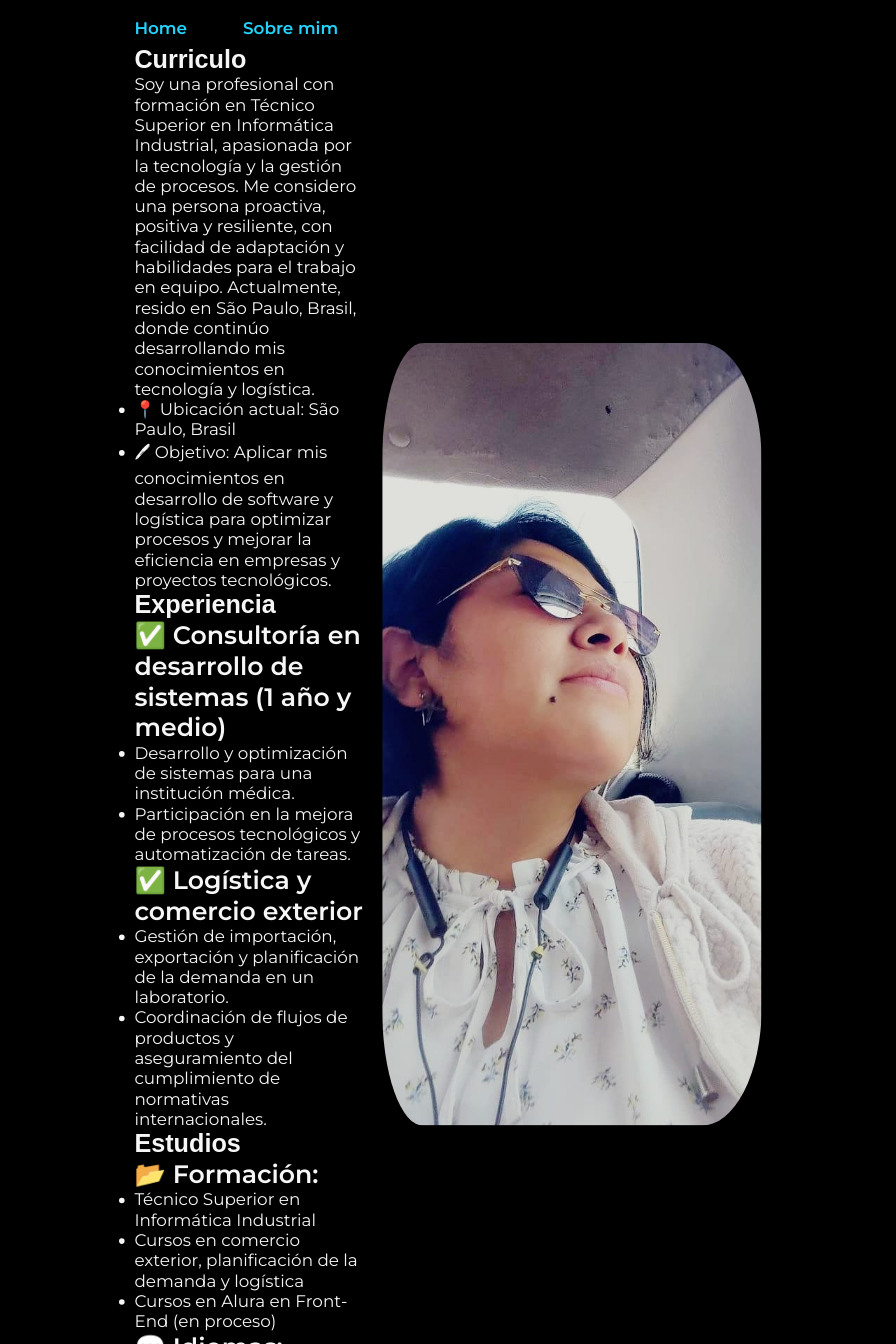
Repository: AnaFzCz/Portifolio-HTML-CSS-dinamico
Page: about.html
The author's editor kept a copy of each file at every save. The page is drawn from the files as they stood at one save, then again after the next save.
The browser window is 1280 px wide. The pictures show the part of the page from y = 0 to 1920 px (the page is 2174 px tall before and 2668 px after), at 70% of full size.
Some web fonts or font styles are not loaded; a fallback is used.

Above is the page before, as saved 2025-02-10 10:58:31.

### about.html
<!DOCTYPE html>
<html lang="en">

<head>
    <meta charset="UTF-8">
    <meta http-equiv="X-UA-Compatible" content="IE=edge">
    <meta name="viewport" content="width=device-width, initial-scale=1.0">
    <title>Sobre mim</title>
    <link rel="stylesheet" href="./styles/style.css">
</head>

<body>
    <header class="cabecalho">
        <nav class="cabecalho__menu">
            <a class="cabecalho__menu__link" href="index.html">Home</a>
            <a class="cabecalho__menu__link" href="about.html">Sobre mim</a>
        </nav>
    </header>
    <main class="apresentacao">

        <section class="apresentacao__conteudo__texto">

            <h1 class="apresentacao__conteudo__titulo">Curriculo</h1>
            <p class="apresentacao__conteudo__texto">Soy una profesional con formación en Técnico Superior en
                Informática Industrial, apasionada por la tecnología y la gestión de procesos. Me considero una persona
                proactiva, positiva y resiliente, con facilidad de
                adaptación y habilidades para el trabajo en equipo. Actualmente, resido en São Paulo, Brasil, donde
                continúo desarrollando mis conocimientos en tecnología y logística.
            </p>

            <ul>
                <li> &#x1F4CD Ubicación actual: São Paulo, Brasil</li>
                <li> &#x1F58A Objetivo: Aplicar mis conocimientos en desarrollo de software y logística para optimizar
                    procesos y mejorar la eficiencia en empresas y proyectos tecnológicos.</li>
            </ul>


            <h1 class="apresentacao__conteudo__titulo">Experiencia</h1>


            <h2>&#x2705 Consultoría en desarrollo de sistemas (1 año y medio)</h2>
            <ul>
                <li>Desarrollo y optimización de sistemas para una institución médica.</li>
                <li> Participación en la mejora de procesos tecnológicos y automatización de tareas.</li>

            </ul>
            <h2>&#x2705 Logística y comercio exterior</h2>
            <ul>
                <li>Gestión de importación, exportación y planificación de la demanda en un laboratorio.</li>
                <li>Coordinación de flujos de productos y aseguramiento del cumplimiento de normativas internacionales.
                </li>
            </ul>

            <h1 class="apresentacao__conteudo__titulo">Estudios</h1>

            <h2> &#x1F4C2 Formación:</h2>
            <ul>
                <li>Técnico Superior en Informática Industrial</li>
                <li>Cursos en comercio exterior, planificación de la demanda y logística</li>
                <li>Cursos en Alura en Front-End (en proceso)</li>


            </ul>
            <h2>&#x1F4AC Idiomas:</h2>
            <ul>
                <li>Español (nativo)</li>
                <li>Portugués (nivel medio)</li>
                <li> Inglés (nivel medio)</li>
            </ul>
        </section>
        <img src="/assets/Imagen-Ana.jpg" alt="Foto da Ana">
    </main>
    <footer class="rodape">
        <p>
            Dessarrollado por Ana Fernandez.
        </p>
    </footer>
</body>

</html>

### styles/style.css
@import url('https://fonts.googleapis.com/css2?family=Krona+One&family=Montserrat:wght@400;600&display=swap');

* {
    margin: 0;
    padding: 0;
}

body {
    /* height: 100vh; */
    box-sizing: border-box;
    background-color: #000000;
    color: #F6F6F6;
}

.titulo-destaque {
    color: #22D4FD;
}

.cabecalho {
    background-color: #000000;
    padding: 2% 0% 0% 15%;
    position: fixed;

}

.cabecalho__menu {
    display: flex;
    gap: 80px;
    /* justify-content: center;
    align-items: center; */
}

.cabecalho__menu__link {
    font-size: 24px;
    font-family: 'Montserrat', sans-serif;
    color: #22D4FD;
    font-weight: 600;
    text-decoration: none;
}



/* .cabecalho__menu__link:hover {
    color: #007bff;
}



.cabecalho__menu__link {
    padding: 10px 15px;
} */

.apresentacao {
    padding: 5% 15%;
    display: flex;
    align-items: center;
    justify-content: space-between;
}

.apresentacao__conteudo {
    width: 615px;
    display: flex;
    flex-direction: column;
    gap: 40px;
}

.apresentacao__conteudo__titulo {
    font-size: 36px;
    font-family: 'Krona One', sans-serif;
}

.apresentacao__conteudo__texto {
    font-size: 24px;
    font-family: 'Montserrat', sans-serif;
}

.apresentacao__links {
    display: flex;
    flex-direction: column;
    justify-content: space-between;
    align-items: center;
    gap: 32px;
}

.apresentacao__links__subtitulo {
    font-family: 'Krona One', sans-serif;
    font-weight: 400;
    font-size: 24px;
}

.apresentacao__links__link {
    /* background-color: #22D4FD; */
    display: flex;
    justify-content: center;
    gap: 16px;
    border: 2px solid #22D4FD;
    width: 378px;
    text-align: center;
    border-radius: 8px;
    font-size: 24px;
    font-weight: 600;
    padding: 21.5px 0;
    text-decoration: none;
    color: #F6F6F6;
    font-family: 'Montserrat', sans-serif;
}

.apresentacao__links__link:hover {
    cursor: pointer;
    background-color: #272727;
    border: 2px solid #0000FF;
}

ul {
    list-style: disc;
}

img {
    border-radius: 15%;
    padding-left: 3%;

}

.rodape {
    padding: 24px;
    color: #000000;
    background-color: #22D4FD;
    text-align: center;
    font-family: 'Montserrat', sans-serif;
    font-size: 24px;
    font-weight: 400;
}

After the next save:
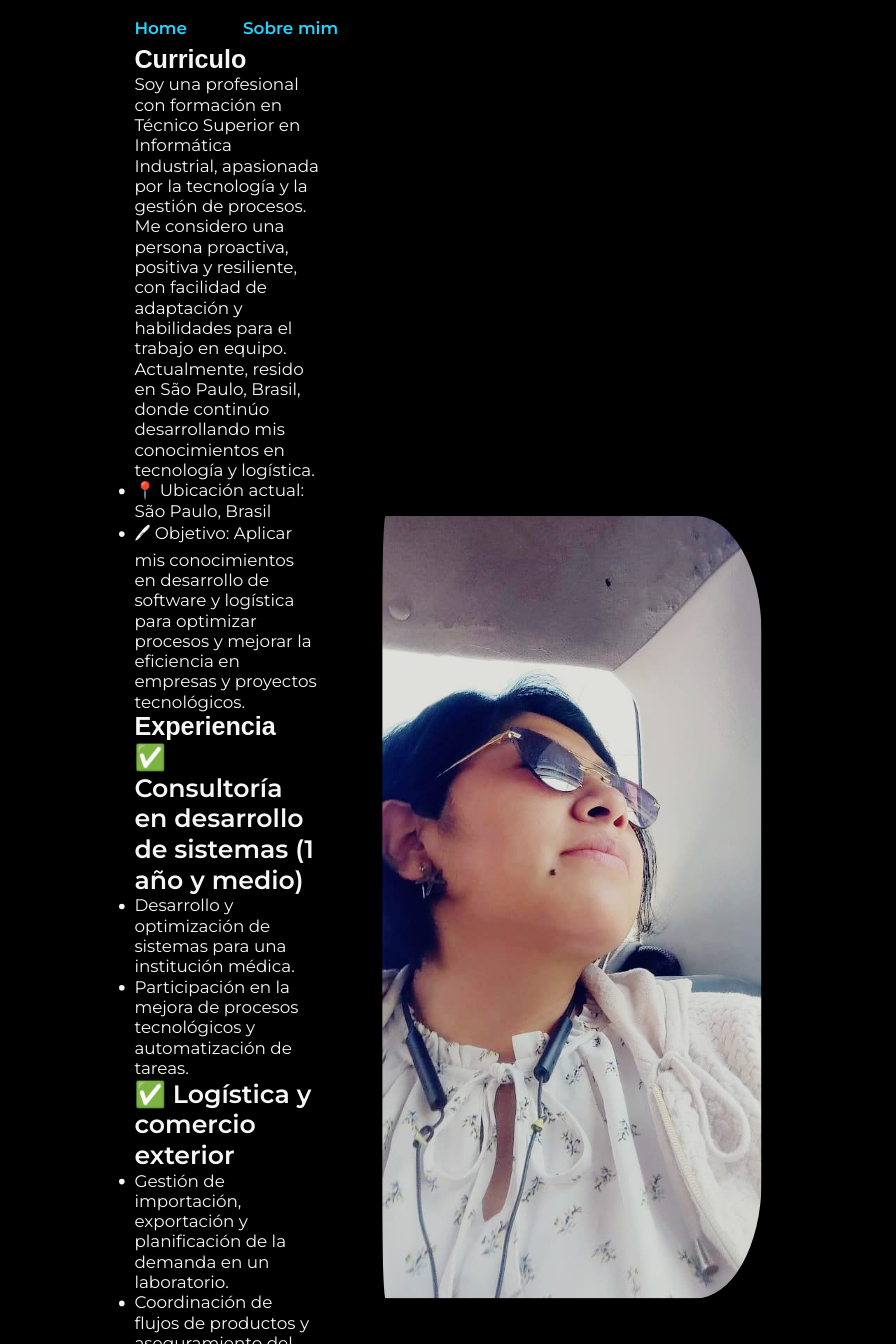
Saved 6 s later.
--- a/styles/style.css
+++ b/styles/style.css
@@ -117,7 +117,7 @@
 
 img {
     border-radius: 15%;
-    padding-left: 3%;
+    padding-left: 10%;
 
 }
 

After the save that followed:
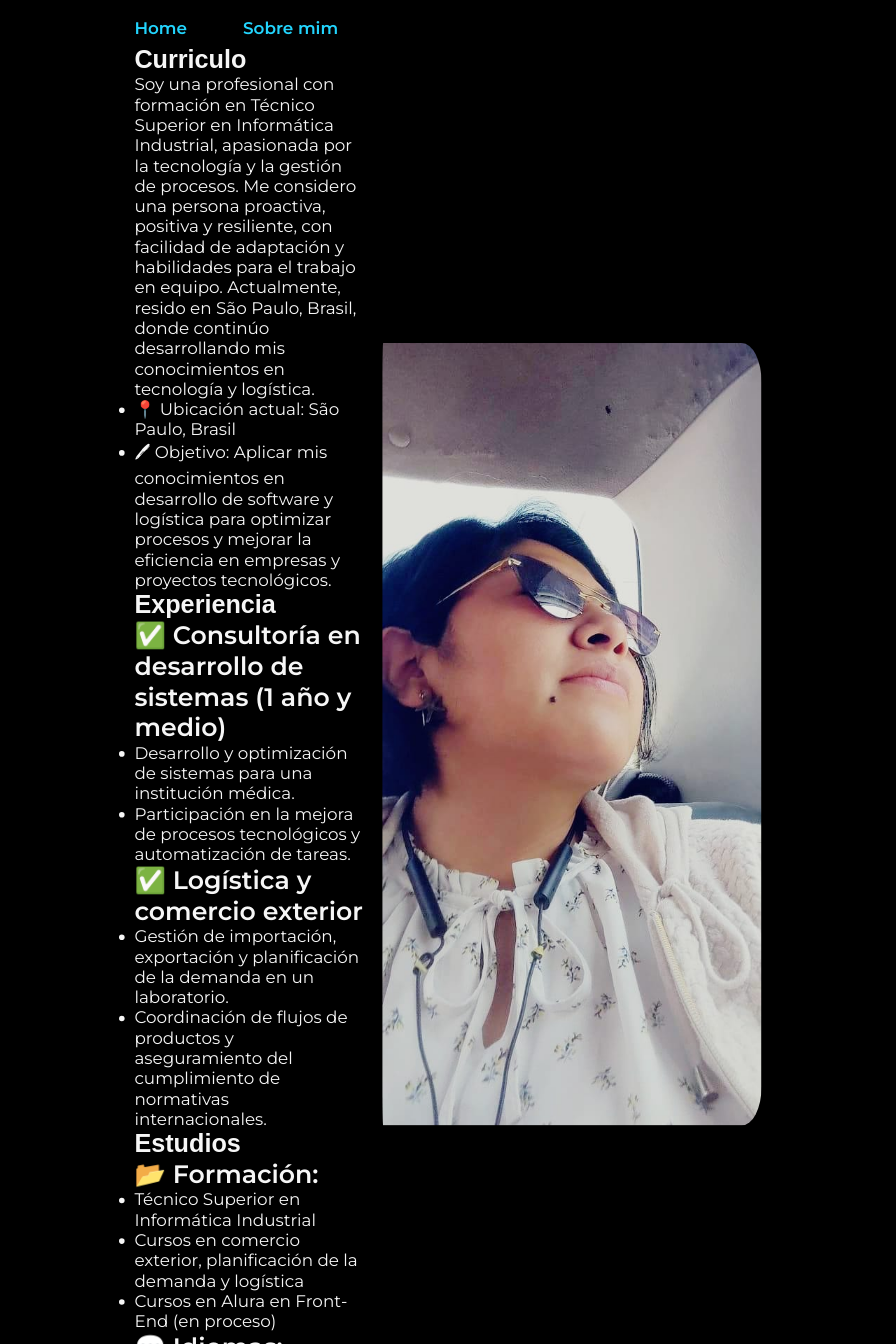
Saved 87 s later.
--- a/styles/style.css
+++ b/styles/style.css
@@ -113,11 +113,11 @@
 
 ul {
     list-style: disc;
-}
+  }
 
 img {
-    border-radius: 15%;
-    padding-left: 10%;
+    border-radius: 5%;
+    padding-left: 3%;
 
 }
 
